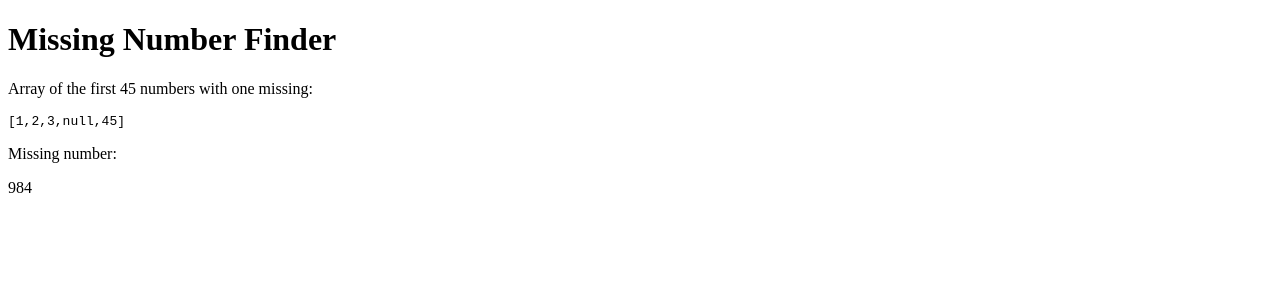
Repository: devblackie/missingNumberFinder
Page: index.html
An editor plug-in stored every save of this project. The page is shown before and after the next save, followed by the edit.
The browser window is 1280 px wide. The pictures show the whole page.

Above is the page before, as saved 2023-08-23 14:45:31.

### index.html
<!DOCTYPE html>
<html lang="en">
  <head>
    <meta charset="UTF-8" />
    <meta name="viewport" content="width=device-width, initial-scale=1.0" />
    <title>Missing Integer Finder</title>
  </head>
  <body>
    <h1>Missing Number Finder</h1>

    <p>Array of the first 45 numbers with one missing:</p>
    <pre id="numbers"></pre>

    <p>Missing number:</p>
    <p id="missingNumber"></p>
    <script src="index.js"></script>
  </body>
</html>

### index.js
function findMissingNumber(arr) {
    const n = 45; // Total number of integers
    const totalSum = (n * (n + 1)) / 2; // Sum of the first n integers
    const arraySum = arr.reduce((acc, num) => acc + num, 0); // Sum of elements in the array

    return totalSum - arraySum;
  }

  const numbers = [1, 2, 3, /* ... */, 45]; // Array of the first 45 numbers with one missing
  const missingNumber = findMissingNumber(numbers);

  document.getElementById("numbers").textContent = JSON.stringify(numbers);
  document.getElementById("missingNumber").textContent = missingNumber;

After the next save:
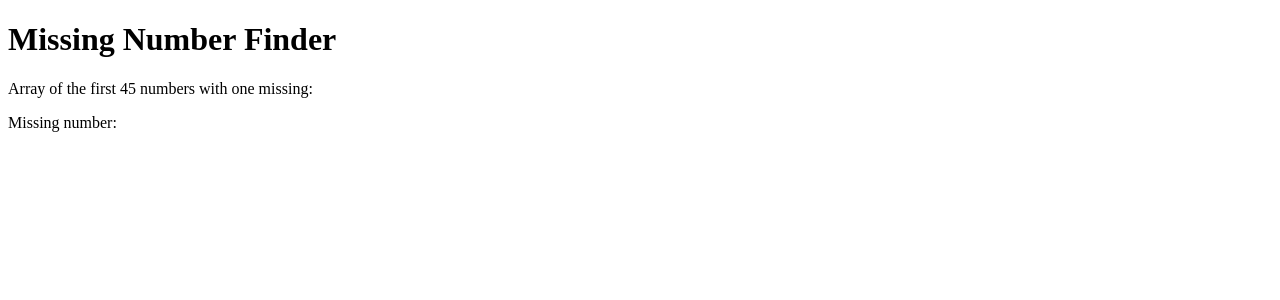
Saved 5 s later.
--- a/index.html
+++ b/index.html
@@ -13,6 +13,6 @@
 
     <p>Missing number:</p>
     <p id="missingNumber"></p>
-    <script src="index.js"></script>
+    <!-- <script src="index.js"></script> -->
   </body>
 </html>

After the save that followed:
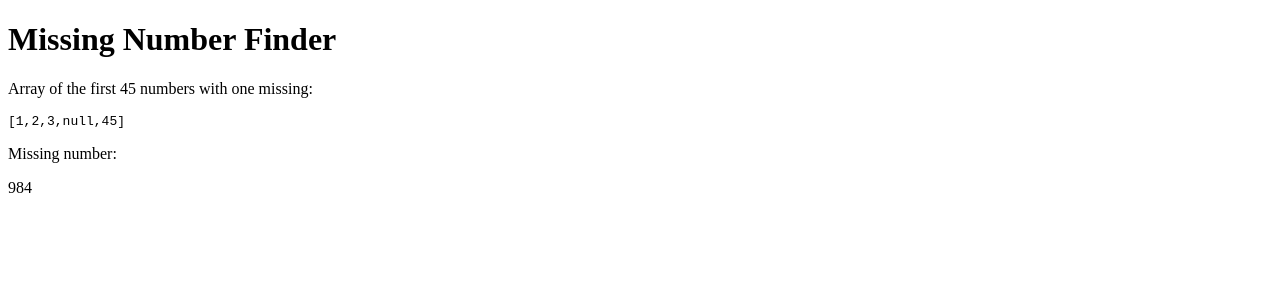
Saved 29 s later.
--- a/index.html
+++ b/index.html
@@ -13,6 +13,6 @@
 
     <p>Missing number:</p>
     <p id="missingNumber"></p>
-    <!-- <script src="index.js"></script> -->
+    <script src="index.js"></script>
   </body>
 </html>
